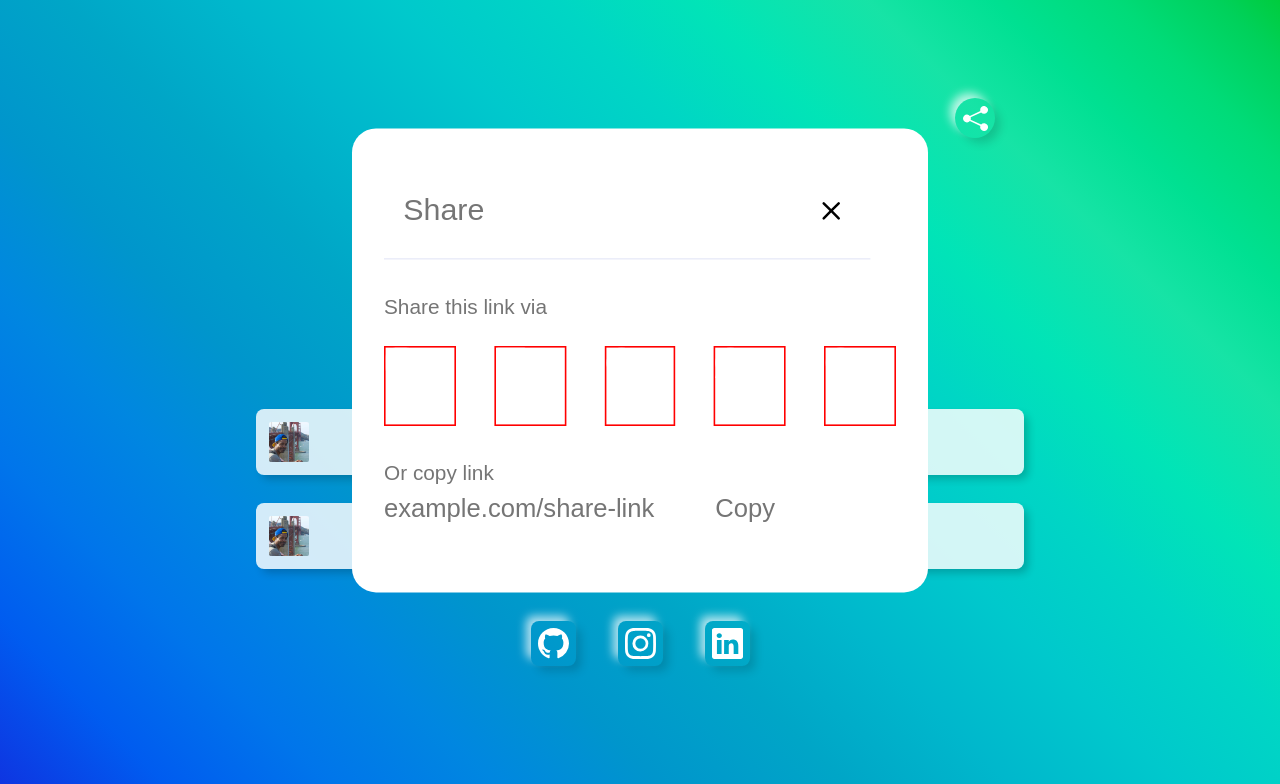
Repository: MateLaDBrouille97/linktree
Page: /
These files come from the project's save history. The page is drawn as it stood at one moment and after the next save; the edit follows.
The browser window is 1280 px wide. The pictures show the whole page.
The project was rebuilt for these pictures with package versions that can differ from the ones it lists, and the page was loaded fresh each time. The framework's server and built-in components were replaced by stand-ins that run in the browser. Also part of the build but not shown: next.config.js, styles/Home.module.css, styles/scrollup.css.

Above is the page before, as saved 2023-01-23 23:45:53.

### app/layout.tsx
"use client";

import '@/styles/globals.css'
import '../styles/Home.module.css';
import '../styles/scrollup.css';
import '../styles/home.css';
import '../styles/socials.css';
import '../styles/share.css';
import ScrollDow from '../components/ScrollDow';
import ScrollUp from '../components/scrollup/ScrollUp'

export default function RootLayout({
    children,
  }: {
    children: React.ReactNode;
  }) {
    return (
      <html lang="en">
        <body>{children}</body>
        {/* <ScrollDow/> */}
        {/* <ScrollUp/> */}
      </html>
    );
  }

### app/page.tsx
"use client";

import Image from "next/image";
import data from "data.json";
import image from "../public/ManuelTL2.jpg";
import image1 from "../public/ManuelTL2.jpg";
import { useEffect, useState } from "react";
import Socials from "../components/Socials";
import Share from "@/components/Share";

function LinkCard({
  href,
  title,
  image,
}: {
  href: string;
  title: string;
  image?: string;
}) {
  return (
    <a
      href={href}
      className="flex items-center p-3 w-full rounded-lg hover:scale-105 transition-all bg-gray-100 mb-3 -mt-2 max-w-3xl home__linkcard-box"
    >
      <div className="flex text-center w-full home__linkcard-card">
        <div className="w-10 h-10 home__linkcard-img">
          {image1 && (
            <Image
              className="rounded-sm"
              alt={data.name}
              src={image1}
              width={40}
              height={40}
            />
          )}
        </div>
        <h2 className="flex justify-center items-center font-semibold w-full text-gray-700 -ml-10 home__linkcard-title">
          {title}
        </h2>
      </div>
    </a>
  );
}

export default function Home() {
  /*==================== Toggle Menu ====================== */
  const [toggle, showMenu] = useState(false);
  const [activeNav, setActiveNav] = useState("#home");

  /* +++++++++++++++++++++++++++++++++++++++++++++++++ */
  // const { dbUser, image } = useUserContext();

  // const breakpoints = (width) => {
  //   if (width < 640) {
  //     return "xs";
  //   } else if (width >= 640 && width < 768) {
  //     return "sm";
  //   } else if (width >= 768 && width < 1024) {
  //     return "md";
  //   } else if (width >= 1024) {
  //     return "lg";
  //   }
  // };

  // const [breakpoint, setBreakpoint] = useState(() =>
  //   breakpoints(typeof window !== "undefined" && window.innerWidth)
  // );

  useEffect(() => {
    if (toggle) {
      // const calcInnerWidth = function () {
      //   setBreakpoint(breakpoints(window.innerWidth));
      // };
      // window.addEventListener("resize", calcInnerWidth);
      window.addEventListener("scroll", function () {
        const header = this.document.querySelector(".header");
        //scroll higher than 200 viewport height
        //add scroll header class to a tag with the scroll-top
        if (this.scrollY >= 80) header?.classList.add("scroll-header");
        else header?.classList.remove("scroll-header");
      });
    }
  }, []);

  useEffect(() => {
    showMenu(true);
  }, []);

  return (
    <div className="flex items-center flex-col mx-auto w-full justify-center mt-16 px-8 ">
      <Share/>
      <a
        href="#home"
        onClick={() => setActiveNav("#home")}
        // className={
        //   activeNav === "#home" ? "nav__logo active-link" : "nav__logo"
        // }
      >
        <Image
          className="rounded-full"
          alt={data.name}
          src={image}
          width={96}
          height={96}
        />
      </a>

      <h1 className="font-semibold mt-4 mb-8 text-xl" style={{color:"white"}}>{data.name}</h1>
      <h3 className="home__description" style={{color:"white"}}>{data.small_description}</h3>

      <div className="grid place-items-center w-full mt-2">
        {data.links.map((link) => (
          <LinkCard key={link.href} {...link} />
        ))}
      </div>

      <div className="gap-3 items-center flex mt-10">
        {data?.socials?.map((social) => {
         return(

          <Socials title={social?.title} key={social?.href} />
          )
        })}
      </div>
    </div>
  );
}

### styles/globals.css
@tailwind base;
@tailwind components;
@tailwind utilities;

body{
  height:100vh;
  background-image: linear-gradient(
  45deg,
  hsl(229deg 88% 47%) 0%,
  hsl(217deg 100% 47%) 8%,
  hsl(210deg 100% 46%) 16%,
  hsl(204deg 100% 44%) 24%,
  hsl(196deg 100% 40%) 32%,
  hsl(190deg 100% 39%) 41%,
  hsl(186deg 100% 40%) 49%,
  hsl(181deg 100% 40%) 57%,
  hsl(175deg 100% 42%) 65%,
  hsl(168deg 99% 45%) 72%,
  hsl(162deg 82% 49%) 80%,
  hsl(159deg 100% 44%) 86%,
  hsl(153deg 100% 43%) 92%,
  hsl(146deg 100% 41%) 97%,
  hsl(138deg 100% 40%) 100%
);
}

@import  url('https://api.iconify.design/material-symbols/arrow-upward.svg');

/*=============== GOOGLE FONTS ===============*/
@import url("https://fonts.googleapis.com/css2?family=Poppins:wght@400;500;600&display=swap");

/*=================== NEXT.JS ================*/

html,
body {
  padding: 0;
  margin: 0;
  font-family: -apple-system, BlinkMacSystemFont, Segoe UI, Roboto, Oxygen,
    Ubuntu, Cantarell, Fira Sans, Droid Sans, Helvetica Neue, sans-serif;
}

h1 {
  font-size: 1.75rem;
}




/*=============== VARIABLES CSS ===============*/
:root {
  --header-height: 3rem;

  /*========== Colors ==========*/
  /*Color mode HSL(hue, saturation, lightness)*/
  --hue: 0;
  --sat: 0%;
  --title-color: hsl(var(--hue), var(--sat), 20%);
  --title-color-dark: hsl(var(--hue), var(--sat), 0%);
  --text-color: hsl(var(--hue), var(--sat), 46%);
  --body-color: hsl(var(--hue), var(--sat), 98%);
  --container-color: #fff;

  /*========== Font and typography ==========*/
  --body-font: "Poppins", sans-serif;

  /*.5rem = 8px | 1rem = 16px ...*/
  --big-font-size: 3.5rem;
  --h1-font-size: 2.75rem;
  --h2-font-size: 1.5rem;
  --h3-font-size: 1.25rem;
  --normal-font-size: 1rem;
  --small-font-size: 0.875rem;
  --smaller-font-size: 0.813rem;
  --tiny-font-size: 0.625rem;

  /*========== Font weight ==========*/
  --font-normal: 400;
  --font-medium: 500;
  --font-semi-bold: 600;

  /*========== Margenes Bottom ==========*/
  /*.5rem = 8px | 1rem = 16px ...*/
  --mb-0-25: 0.25rem;
  --mb-0-5: 0.5rem;
  --mb-0-75: 0.75rem;
  --mb-1: 1rem;
  --mb-1-5: 1.5rem;
  --mb-2: 2rem;
  --mb-2-5: 2.5rem;
  --mb-3: 3rem;

  /*========== z index ==========*/
  --z-tooltip: 10;
  --z-fixed: 100;
  --z-modal: 1000;
}

/* Responsive typography */
@media screen and (max-width: 992px) {
  :root {
    --big-font-size: 2.75rem;
    --h1-font-size: 1.5rem;
    --h2-font-size: 1.25rem;
    --h3-font-size: 1rem;
    --normal-font-size: 0.938rem;
    --small-font-size: 0.813rem;
    --smaller-font-size: 0.75rem;
  }
}

/*=============== BASE ===============*/
* {
  margin: 0;
  padding: 0;
  box-sizing: border-box;
}

html {
  scroll-behavior: smooth;
}

body,
button,
input,
textarea {
  font-family: var(--body-font);
  font-size: var(--normal-font-size);
}

body {
  background-color: var(--body-color);
  color: var(--text-color);
}

h1,
h2,
h3 {
  color: var(--title-color);
  font-weight: var(--font-semi-bold);
}

ul {
  list-style: none;
}

a {
  text-decoration: none;
}

button {
  cursor: pointer;
  border: none;
  outline: none;
}

img {
  max-width: 100%;
  height: auto;
}

/*=============== REUSABLE CSS CLASSES ===============*/
.section {
  padding: 6rem 0 2rem;
}

.section__title {
  font-size: var(--h1-font-size);
  color: var(--title-color);
}

.section__subtitle {
  display: block;
  font-size: var(--normal-font-size);
  margin-bottom: 4rem;
}

.section__title,
.section__subtitle {
  text-align: center;
}

/*=============== LAYOUT ===============*/
.container {
  max-width: 968px;
  margin-left: auto;
  margin-right: auto;
}

.grid {
  display: grid;
  gap: 1.5rem;
}

/*=============== BUTTONS ===============*/
.button {
  display: inline-block;
  background-color:rgb(100, 189, 140);
  color: var(--container-color);
  padding: 1.25rem 2rem;
  border-radius: 1rem;
  font-weight: var(--font-medium);
}

.button:hover {
  background-color: rgb(81, 209, 138);
  color: var(--container-color);
}

.button__icon {
  margin-left: var(--mb-0-5);
}

.button--flex {
  display: inline-flex;
  align-items: center;

}




/*=============== BREAKPOINTS ===============*/
/* For large devices */
@media screen and (max-width: 992px) {
  .container {
    margin-left: var(--mb-1-5);
    margin-right: var(--mb-1-5);
  }

  .button {
    padding: 1rem 1.75rem;
  }

  .button__icon {
    width: 22px;
    height: 22px;
  }
}

/* For medium devices */
@media screen and (max-width: 768px) {
  body {
    margin: 0 0 var(--header-height) 0;
  }

  .section {
    padding: 2rem 0 4rem;
  }

  .section__subtitle {
    margin-bottom: var(--mb-3);
  }
}

@media screen and (max-width: 576px) {

}

/* For small devices */
@media screen and (max-width: 350px) {
  :root {
    --big-font-size: 2.25rem;
  }

  .container {
    margin-left: var(--mb-1);
    margin-right: var(--mb-1);
  }
}

### styles/home.css
.home__container{
    row-gap: 7rem;
}

.home__content{
    grid-template-columns: 116px repeat(2, 1fr);
    padding-top: 5.5rem;
    column-gap: 2rem;
    align-items: center;
}

.home__social{
    display:grid;
    grid-template-columns: max-content;
    row-gap: 1rem;
}

.home__social-icon{
    font-size:1.25rem;
    color: var(--title-color);
}

.home__social-icon:hover{
    color:rgb(165, 30, 75);
}



.home__social-icon:hover{
    color: var(--title-color-dark);
}

.home__title{
    font-size:var(--h1-font-size);
    margin-bottom:var(--mb-0-25);
}

.home__hand{
    width: 38px;
    height: 38px;
    margin-left: 0.4rem;
}

.home__subtitle{
    position: relative;
    font-size:var(--h3-font-size);
    padding-left: 5.4rem;
    font-weight: var(--font-normal);
    margin-bottom: var(--mb-1);
}

.home__subtitle::before{
    content:'';
    position:absolute;
    width: 70px;
    height:1px;
    background-color:var(--text-color);
    left:0;
    top:1rem;
}

.home__description{
    max-width:400px;
    margin-bottom: var(--mb-3);
    line-height: 1.7;
}

.home__linkcard-box{
    background-color: rgba(255, 255, 255, 0.829);
    border-color: whitesmoke;
    border-width: 3px;
    transition: transform 0.5s;
    box-shadow: 5px 5px 9px -1px rgba(0,0,0,0.2);

    border: 1px solid rgba(0,0,0,0);
    transition: transform 0.5s;
}

.home__linkcard-box:hover{
    box-shadow: 10px 10px 0px -1px rgba(0,0,0,0.15),
                1px 1px 0.5px  rgba(0,0,0,0.15),
                0px -12px 10px -10px  rgba(0,0,0,0.05);
     border: 1px solid   rgba(0,0,0,0.1);
    /* transform:translateY(-2px)  ;    */
}

.home__linkcard-box::after{
    transition: transform 0.5s;
}

.home__linkcard-box:hover::after .home__linkcard-title {
    transition: transform 0.7s;
}

.home__linkcard-box:hover::after .home__linkcard-img {
    transition: transform 0.7s;
}

.home__linkcard-box:hover .home__linkcard-title{
    transform:scale(1.05);
    transition: transform 0.5s;
}

.home__linkcard-box:hover .home__linkcard-img{
    transform:scale(1.15);
    transition: transform 0.5s;
}




.home__img{
/* background: url(../../assets/Mur.jpg); */
background-repeat: no-repeat;
background-position: center;
background-size: cover;
box-shadow: inset 0 0 0 9px rgb(255 255 255/30%);
order: 1;
justify-self: center;
width:375px ;
height: 350px;
animation: profile__animate 8s ease-in-out infinite 1s;
}

@keyframes profile__animate {
    0%{
        border-radius: 60% 40% 30% 70%/60% 30% 70% 40%;
    }

    50%{
        border-radius: 30% 60% 70% 40%/50% 60% 30% 60%;
    }

    100%{
        border-radius: 60% 40% 30% 70%/60% 30% 70% 40%;
    }
}

.home__scroll{
    position:fixed;
    left: 2.5rem;
    bottom: 3rem;
    /* opacity:0.8; */
    padding:0.3rem 0.5rem;
    border-radius:0.4rem;
    z-index: var(--z-tooltip);
    transition: .4s;
}


.wheel {
    animation: scroll 2s ease infinite;
}

@keyframes scroll{
    0% {
        transform: translateY(0);
    }
    30% {
        transform: translateY(3.7rem);
    }

}


.home__scroll-name{
    color: rgba(255, 255, 255, 0.829);
    font-weight: var(--font-medium);
    margin-right: var(--mb-0-25);
    margin-left: 2px;
}

.home__scroll-arrow{
    font-size: 1.25rem;
    color: rgba(255, 255, 255, 0.829);
}


/*=============== BREAKPOINTS ===============*/
/* For large devices */
@media screen and (max-width: 992px) {
    .home__content{
        grid-template-columns: 100px repeat(2, 1fr);
        column-gap: 1.25rem;

    }

    .home__hand{
        width:26px;
        height:26px;
    }

    .home__subtitle{
        padding-left: 3.75rem;
        margin-bottom: var(--mb-1);

    }

    .home__subtitle::before {
        width:42px;
        top:0.8rem;
    }

    .home__description{
        max-width: initial;
        margin-bottom: var(--mb-2-5);
    }

    .home__img{
        width:250px;
        height:250px;
        box-shadow:inset 0 0 0 8px rgb(255 255 255/30%)
    }

    .home__scroll{
        margin-left: 7.5rem;
    }



  }

  /* For medium devices */
  @media screen and (max-width: 768px) {
    .home__content{
        grid-template-columns: 0.5fr 3fr;
        padding-top: 3.5rem;
    }

    .home__img{
        order:initial;/* ordre d'apparition de l'element*/
        justify-self: initial;
        box-shadow: inset 0 0 0 9px rgb(255 255 255/30%);
        width:200px;
        height: 200px;
    }

    .home__data{
        grid-column:1/3;
    }

    .home__scroll{
        display:none;
    }


  }



  /* For small devices */
  @media screen and (max-width: 350px) {


    .home__img{

        width:180px ;
        height: 180px;
    }

    .home__hand{
        width:22px;
        height:22px;
    }


  }

### styles/socials.css
/* .social__link{
    color: var(--container-color);
    font-size: 1.125rem;
    padding: 0.4rem;
    border-radius:1.5rem;
    display: inline-flex;
} */
/*
.social__link:hover{
    background-color:rgba(44, 203, 224, 0.986);
} */

.social__link{
    display:flex;
    /* background-color: var(--container-color); */
    color: var(--container-color);
    height: 45px;
    width: 45px;
    margin: 0 15px;
    border-radius: 8px;
    align-items: center;
    justify-content:center;
    text-decoration: none;
    box-shadow: 6px 6px 10px -1px rgba(0,0,0,0.15),
                -6px -6px 10px -1px rgba(255,255,255,0.7);
    border: 1px solid   rgba(0,0,0,0);
    transition: transform 0.5s;
}

a svg {
    font-size: 38px;
    color: white;
    transition: transform 0.5s;
}


.social__link:hover{
    background-color: rgba(255, 255, 255, 0.829);
    box-shadow: inset 4px 4px 6px -1px rgba(0,0,0,0.2),
                inset -4px -4px 6px -1px rgba(255,255,255,0.7),
                -0.5px -0.5px 0px  rgba(255,255,255,1),
                0.5px 0.5px 0px  rgba(0,0,0,0.15),
                0px -12px 10px -10px  rgba(0,0,0,0.05);
    border: 1px solid   rgba(0,0,0,0.1);
    transform:translateY(2px)  ;
}


a:hover svg{
    transform: scale(1.10);
    fill: black;
    transition: transform 0.5s;
}

a:hover .bi-linkedin{
    fill:rgb(18, 83, 203) ;
    transform:scale(1.10);
    transition: transform 0.5s;
}

a:hover .bi-instagram{
    fill:#e64771;
    transform:scale(1.10);
    transition: transform 0.5s;
}


/*=============== BREAKPOINTS ===============*/
/* For large devices */
@media screen and (max-width: 992px) {


    .social__link:hover{

        box-shadow: inset 4px 4px 6px -1px rgba(0,0,0,0.2),
                    inset -4px -4px 6px -1px rgba(255,255,255,0.7),
                    -0.5px -0.5px 0px  rgba(255,255,255,1),
                    0.5px 0.5px 0px  rgba(0,0,0,0.15),
                    0px -12px 10px -10px  rgba(0,0,0,0.05);
        border: 1px solid   rgba(0,0,0,0.1);
        transform:translateY(2px)  ;
    }




  }

  /* For medium devices */
  @media screen and (max-width: 768px) {




  }



  /* For small devices */
  @media screen and (max-width: 350px) {





  }

### styles/share.css
/*          Share   Items  */

.share-link {
  display: flex;
  color: var(--container-color);
  height: 45px;
  width: 45px;
  margin: 0 15px;
  border-radius: 22px;
  align-items: center;
  justify-content: center;
  text-decoration: none;
  box-shadow: 6px 6px 10px -1px rgba(0, 0, 0, 0.15),
    -6px -6px 10px -1px rgba(255, 255, 255, 0.7);
  border: 1px solid rgba(0, 0, 0, 0);
  transition: transform 0.5s;
}

.share-link:hover {
  background-color: rgba(255, 255, 255, 0.829);
  box-shadow: inset 4px 4px 6px -1px rgba(0, 0, 0, 0.2),
    inset -4px -4px 6px -1px rgba(255, 255, 255, 0.7),
    -0.5px -0.5px 0px rgba(255, 255, 255, 1),
    0.5px 0.5px 0px rgba(0, 0, 0, 0.15),
    0px -12px 10px -10px rgba(0, 0, 0, 0.05);
  border: 1px solid rgba(0, 0, 0, 0.1);
  transform: translateY(2px);
}

/* .share-link .bi-share-fill{
    fill: white;
} */

.share-link:hover .bi-share-fill {
  fill: black;
  transform: scale(1.1);
  transition: transform 0.5s;
}

header {
  width: 95%;
  max-width: 788px;
  display: flex;
  justify-content: flex-end;
  padding: 12px;
  margin-top: 5px;
}

.share-button {
  width: 40px;
  height: 40px;
  border-radius: 20px;
  color: var(--container-color);
}


.share {
  width: 95%;
  max-width: 788px;
  display: flex;
  justify-content: flex-end;
  padding: 12px;
  margin-top: 5px;
  z-index: 10;
}

.modal-share {
  position: absolute;
  top: 50%;
  left: 50%;
  transform: translate(-50%, -50%) scale(1.6);
  background: var(--container-color);
  padding: 20px;
  border-radius: 15px;
  max-width: 360px;
  width: 70%;
}

.modal-share :is(header, .icons) {
  display: flex;
  align-items: center;
  justify-content: space-between;
}

.modal-share header {
  padding-bottom: 15px;
  border-bottom: 1px solid #ebedf9;
}

header .close .icons a{
  display: flex;
  align-items: center;
  justify-content: center;
  border-radius: 50%;
}

header .close {
  height: 33px;
  width: 33px;
  background: var(--container-color);
  cursor: pointer;
}

.modal-title {
  font-size: 19px;
  font-weight: 500;
}

.modal-share .content {
  margin: 20px 0;
}

.content p{
  font-size: 13px;
}

.content .icons {
  margin: 15px 0 20px 0;
}

.icons a {
  height: 50px;
  width: 50px;
  border: 1px solid red;
  text-decoration: none;

}

### components/Socials.tsx
function GitHubIcon() {
  return (
    <a href="https://github.com/LuckyMate97" className="social__link">
      <svg xmlns="http://www.w3.org/2000/svg" width="31" height="31" fill="white" className="bi bi-github" viewBox="0 0 16 16"> <path d="M8 0C3.58 0 0 3.58 0 8c0 3.54 2.29 6.53 5.47 7.59.4.07.55-.17.55-.38 0-.19-.01-.82-.01-1.49-2.01.37-2.53-.49-2.69-.94-.09-.23-.48-.94-.82-1.13-.28-.15-.68-.52-.01-.53.63-.01 1.08.58 1.23.82.72 1.21 1.87.87 2.33.66.07-.52.28-.87.51-1.07-1.78-.2-3.64-.89-3.64-3.95 0-.87.31-1.59.82-2.15-.08-.2-.36-1.02.08-2.12 0 0 .67-.21 2.2.82.64-.18 1.32-.27 2-.27.68 0 1.36.09 2 .27 1.53-1.04 2.2-.82 2.2-.82.44 1.1.16 1.92.08 2.12.51.56.82 1.27.82 2.15 0 3.07-1.87 3.75-3.65 3.95.29.25.54.73.54 1.48 0 1.07-.01 1.93-.01 2.2 0 .21.15.46.55.38A8.012 8.012 0 0 0 16 8c0-4.42-3.58-8-8-8z"/> </svg>
    </a>
  );
}

function InstagramIcon() {
  return (
    <a href="https://www.instagram.com/oto.mata33/" className="social__link">
      <svg xmlns="http://www.w3.org/2000/svg" width="31" height="31" fill="white" className="bi bi-instagram" viewBox="0 0 16 16"> <path d="M8 0C5.829 0 5.556.01 4.703.048 3.85.088 3.269.222 2.76.42a3.917 3.917 0 0 0-1.417.923A3.927 3.927 0 0 0 .42 2.76C.222 3.268.087 3.85.048 4.7.01 5.555 0 5.827 0 8.001c0 2.172.01 2.444.048 3.297.04.852.174 1.433.372 1.942.205.526.478.972.923 1.417.444.445.89.719 1.416.923.51.198 1.09.333 1.942.372C5.555 15.99 5.827 16 8 16s2.444-.01 3.298-.048c.851-.04 1.434-.174 1.943-.372a3.916 3.916 0 0 0 1.416-.923c.445-.445.718-.891.923-1.417.197-.509.332-1.09.372-1.942C15.99 10.445 16 10.173 16 8s-.01-2.445-.048-3.299c-.04-.851-.175-1.433-.372-1.941a3.926 3.926 0 0 0-.923-1.417A3.911 3.911 0 0 0 13.24.42c-.51-.198-1.092-.333-1.943-.372C10.443.01 10.172 0 7.998 0h.003zm-.717 1.442h.718c2.136 0 2.389.007 3.232.046.78.035 1.204.166 1.486.275.373.145.64.319.92.599.28.28.453.546.598.92.11.281.24.705.275 1.485.039.843.047 1.096.047 3.231s-.008 2.389-.047 3.232c-.035.78-.166 1.203-.275 1.485a2.47 2.47 0 0 1-.599.919c-.28.28-.546.453-.92.598-.28.11-.704.24-1.485.276-.843.038-1.096.047-3.232.047s-2.39-.009-3.233-.047c-.78-.036-1.203-.166-1.485-.276a2.478 2.478 0 0 1-.92-.598 2.48 2.48 0 0 1-.6-.92c-.109-.281-.24-.705-.275-1.485-.038-.843-.046-1.096-.046-3.233 0-2.136.008-2.388.046-3.231.036-.78.166-1.204.276-1.486.145-.373.319-.64.599-.92.28-.28.546-.453.92-.598.282-.11.705-.24 1.485-.276.738-.034 1.024-.044 2.515-.045v.002zm4.988 1.328a.96.96 0 1 0 0 1.92.96.96 0 0 0 0-1.92zm-4.27 1.122a4.109 4.109 0 1 0 0 8.217 4.109 4.109 0 0 0 0-8.217zm0 1.441a2.667 2.667 0 1 1 0 5.334 2.667 2.667 0 0 1 0-5.334z"/> </svg>
    </a>
  );
}

function LinkedInIcon() {
  return (
    <a href="https://ca.linkedin.com/" className="social__link">
      <svg xmlns="http://www.w3.org/2000/svg" width="31" height="31" fill="white" className="bi bi-linkedin" viewBox="0 0 16 16"> <path d="M0 1.146C0 .513.526 0 1.175 0h13.65C15.474 0 16 .513 16 1.146v13.708c0 .633-.526 1.146-1.175 1.146H1.175C.526 16 0 15.487 0 14.854V1.146zm4.943 12.248V6.169H2.542v7.225h2.401zm-1.2-8.212c.837 0 1.358-.554 1.358-1.248-.015-.709-.52-1.248-1.342-1.248-.822 0-1.359.54-1.359 1.248 0 .694.521 1.248 1.327 1.248h.016zm4.908 8.212V9.359c0-.216.016-.432.08-.586.173-.431.568-.878 1.232-.878.869 0 1.216.662 1.216 1.634v3.865h2.401V9.25c0-2.22-1.184-3.252-2.764-3.252-1.274 0-1.845.7-2.165 1.193v.025h-.016a5.54 5.54 0 0 1 .016-.025V6.169h-2.4c.03.678 0 7.225 0 7.225h2.4z"/> </svg>
    </a>
  );
}

function Socials({ title }:{title?:string;}) {
  if (title == "Instagram") {
    return <InstagramIcon  />;
  }
  if (title == "Github") {
    return <GitHubIcon  />;
  }
  if (title == "LinkedIn") {
    return <LinkedInIcon  />;
  }
}

export default Socials;

Loaded but not shown: data.json (35 lines, source omitted); tailwind.config.js (13 lines, source omitted); components/Share.tsx (116 lines, source omitted)

After the next save:
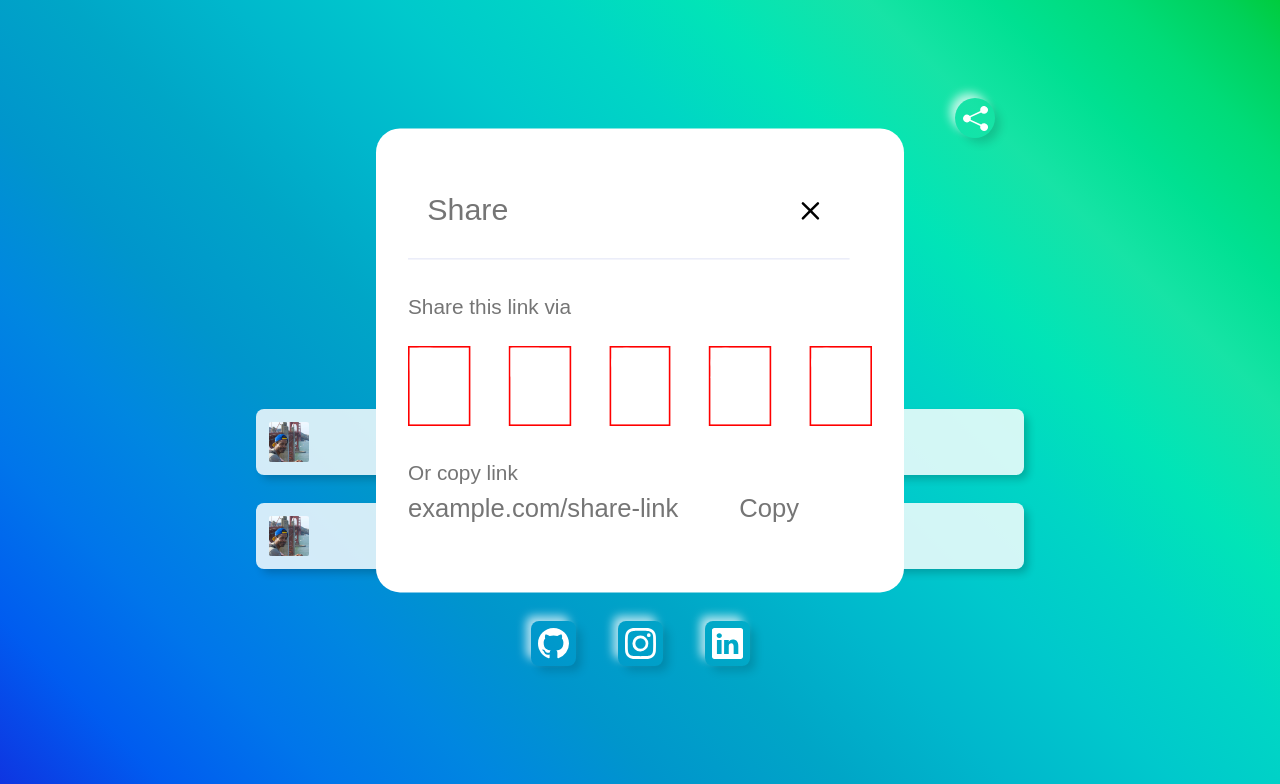
Saved 27 s later.
--- a/styles/share.css
+++ b/styles/share.css
@@ -72,7 +72,7 @@ header {
   background: var(--container-color);
   padding: 20px;
   border-radius: 15px;
-  max-width: 360px;
+  max-width: 330px;
   width: 70%;
 }
 
